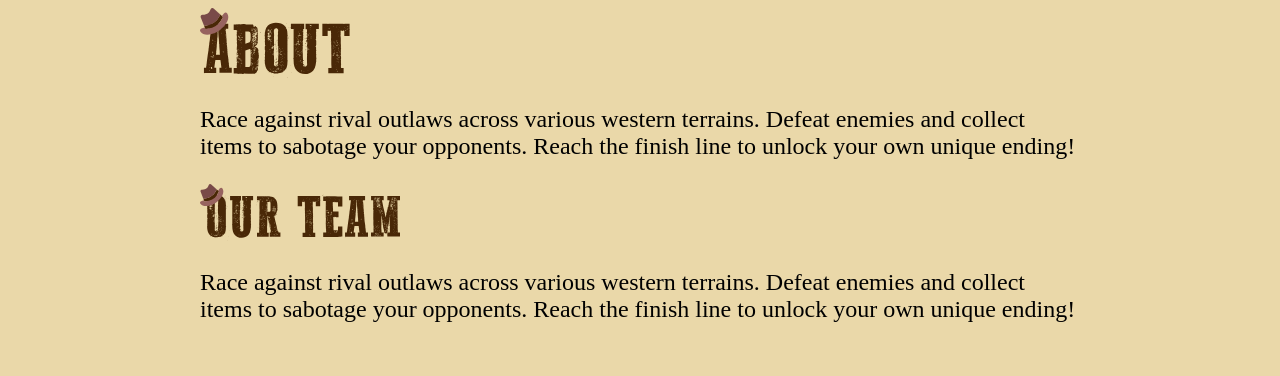
Repository: AlyssaHug/Bandit-Breakout
Page: index.html
An editor plug-in stored every save of this project. The page is shown before and after the next save, followed by the edit.
The browser window is 1280 px wide. The pictures show the whole page.
Some web fonts or font styles are not loaded; a fallback is used.

Above is the page before, as saved 2025-05-06 12:17:51.

After the next save:
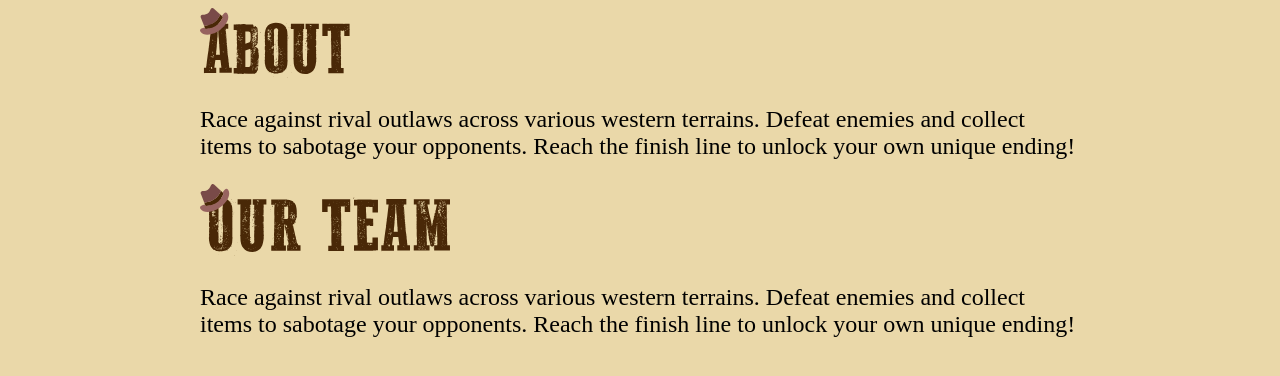
Saved 5 s later.
--- a/styles.css
+++ b/styles.css
@@ -35,5 +35,5 @@ html {
 }
 
 .team_section-heading {
-  width: 200px;
+  width: 250px;
 }
